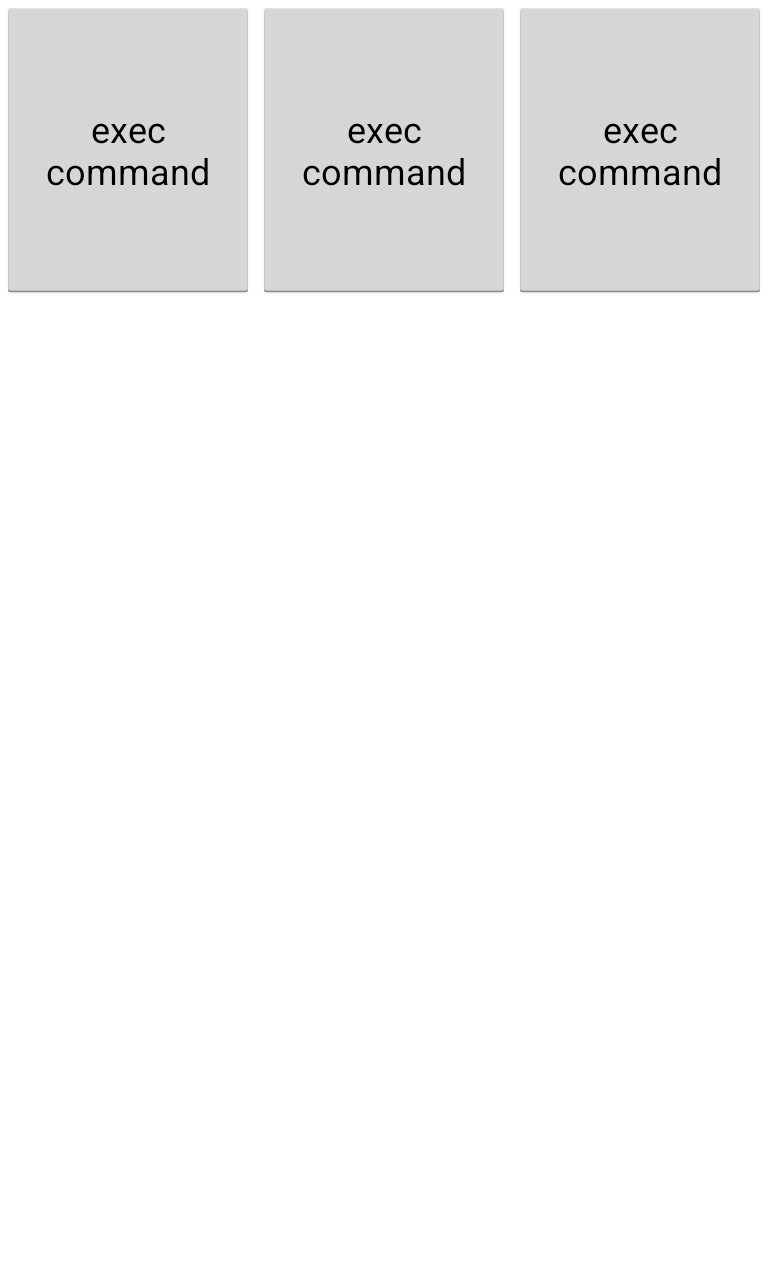
Repository: zzttt/LVM_BackupSol
Layout: TimeTraveler/res/layout/activity_main.xml
These files come from the project's save history. The layout is drawn as it stood at one moment and after the next save; the edit follows.
It is drawn on a 768 x 1280 px phone screen (xhdpi) without system bars, with theme AppTheme; the app's code is not run. Lists and similar views that code fills are empty.

Above is the layout before, as saved 2014-07-01 23:28:38.

### TimeTraveler/res/layout/activity_main.xml
<?xml version="1.0" encoding="utf-8"?>
<RelativeLayout xmlns:android="http://schemas.android.com/apk/res/android"
    android:layout_width="fill_parent"
    android:layout_height="fill_parent"
    >

    <LinearLayout
        android:layout_width="fill_parent"
        android:layout_height="150dip"
        android:orientation="horizontal"
        android:id="@+id/title_layout"
        >

        <Button
            android:id="@+id/btn_one"
            android:layout_width="0dip"
            android:layout_weight="1"
            android:layout_height="150dip"
            android:text="exec command" />

        <Button
            android:id="@+id/btn_two"
            android:layout_width="0dip"
            android:layout_weight="1"
            android:layout_height="150dip"
            android:text="exec command" />

        <Button
            android:id="@+id/btn_three"
            android:layout_width="0dip"
            android:layout_weight="1"
            android:layout_height="150dip"
            android:text="exec command" />
    </LinearLayout>

	<android.support.v4.view.ViewPager
	    android:id="@+id/pager"
	    android:layout_width="match_parent"
	    android:layout_height="match_parent"
        android:layout_above="@+id/bottom"
	 	android:layout_below="@+id/title_layout"
	    >



	</android.support.v4.view.ViewPager>
</RelativeLayout>

Loaded but not shown: TimeTraveler/res/values/styles.xml (common file); TimeTraveler/res/values-v11/styles.xml (common file); TimeTraveler/res/values-v14/styles.xml (common file)

After the next save:
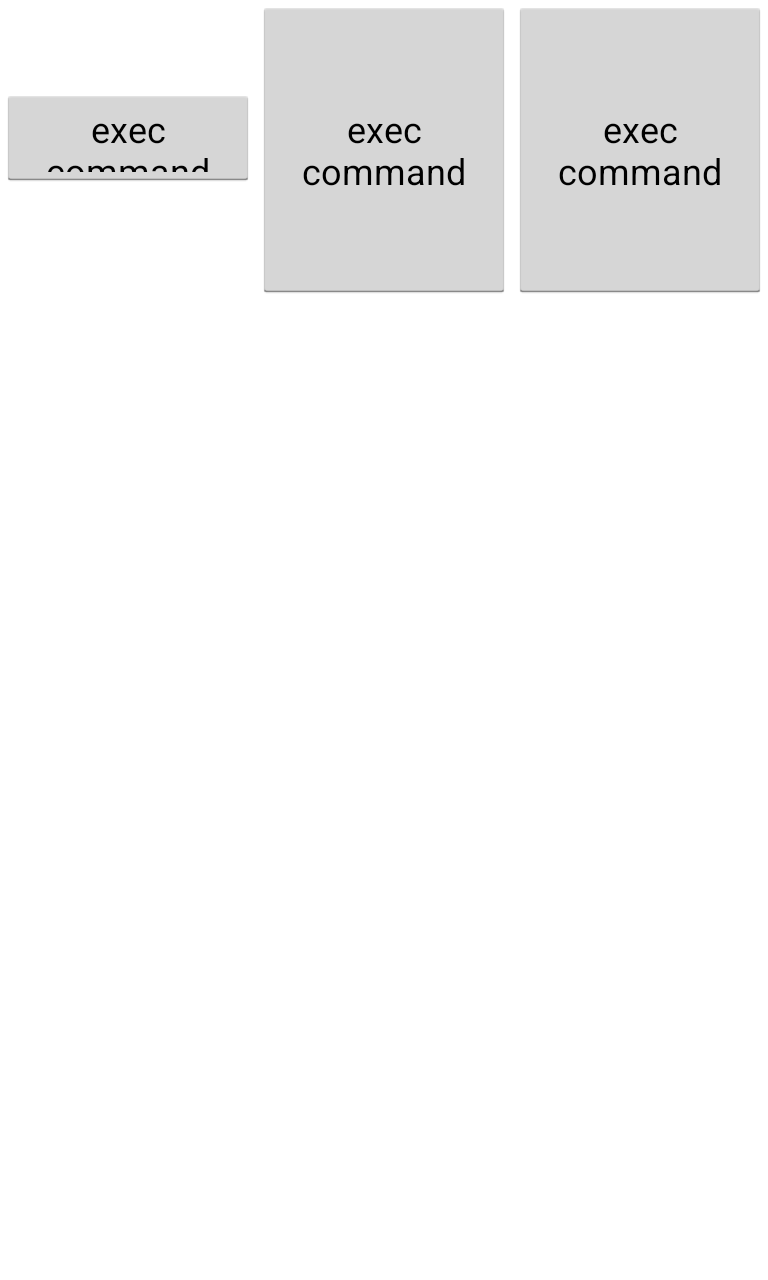
Saved 10 s later.
--- a/TimeTraveler/res/layout/activity_main.xml
+++ b/TimeTraveler/res/layout/activity_main.xml
@@ -15,7 +15,7 @@
             android:id="@+id/btn_one"
             android:layout_width="0dip"
             android:layout_weight="1"
-            android:layout_height="150dip"
+            android:layout_height="50dip"
             android:text="exec command" />
 
         <Button
